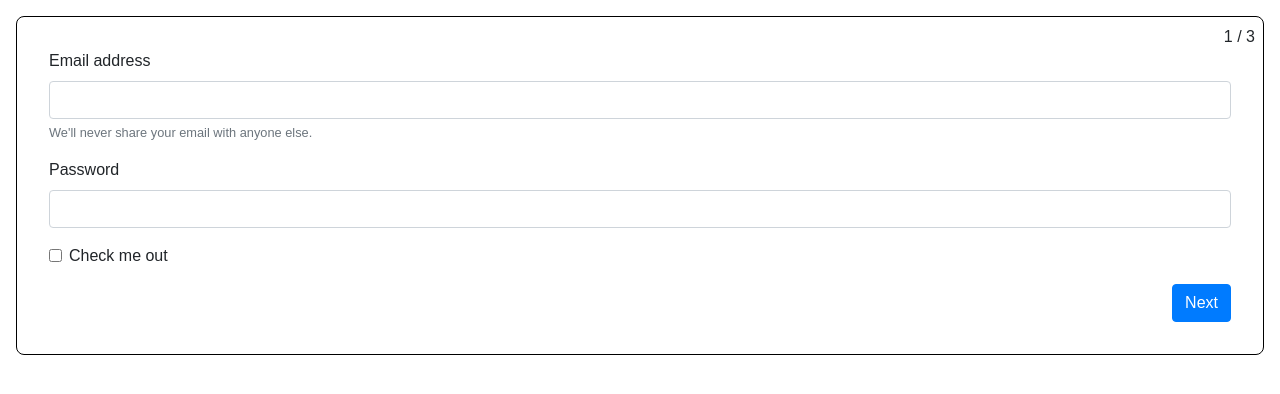
Repository: Aminox84/frontend-main
Page: /
An editor plug-in stored every save of this project. The page is shown before and after the next save, followed by the edit.
The browser window is 1280 px wide. The pictures show the whole page.
The project was rebuilt for these pictures with package versions that can differ from the ones it lists, and the page was loaded fresh each time. Also part of the build but not shown: src/AddressForm.tsx, src/AccountForm.tsx.

Above is the page before, as saved 2022-12-29 19:20:49.

### public/index.html
<!DOCTYPE html>
<html lang="en">
  <head>
    <meta charset="utf-8" />
    <link rel="icon" href="%PUBLIC_URL%/favicon.ico" />
    <meta name="viewport" content="width=device-width, initial-scale=1" />
    <meta name="theme-color" content="#000000" />
    <meta
      name="description"
      content="Web site created using create-react-app"
    />
    <link rel="apple-touch-icon" href="%PUBLIC_URL%/logo192.png" />

    <link rel="manifest" href="%PUBLIC_URL%/manifest.json" />
    <link rel="stylesheet" href="https://cdn.jsdelivr.net/npm/bootstrap@4.4.1/dist/css/bootstrap.min.css" integrity="sha384-Vkoo8x4CGsO3+Hhxv8T/Q5PaXtkKtu6ug5TOeNV6gBiFeWPGFN9MuhOf23Q9Ifjh" crossorigin="anonymous">

    <title>React App</title>
  </head>
  <body>
    <noscript>You need to enable JavaScript to run this app.</noscript>
    <div id="root"></div>
    <script src="https://code.jquery.com/jquery-3.4.1.slim.min.js" integrity="sha384-J6qa4849blE2+poT4WnyKhv5vZF5SrPo0iEjwBvKU7imGFAV0wwj1yYfoRSJoZ+n" crossorigin="anonymous"></script>
    <script src="https://cdn.jsdelivr.net/npm/popper.js@1.16.0/dist/umd/popper.min.js" integrity="sha384-Q6E9RHvbIyZFJoft+2mJbHaEWldlvI9IOYy5n3zV9zzTtmI3UksdQRVvoxMfooAo" crossorigin="anonymous"></script>
    <script src="https://cdn.jsdelivr.net/npm/bootstrap@4.4.1/dist/js/bootstrap.min.js" integrity="sha384-wfSDF2E50Y2D1uUdj0O3uMBJnjuUD4Ih7YwaYd1iqfktj0Uod8GCExl3Og8ifwB6" crossorigin="anonymous"></script>
  </body>
</html>

### src/App.tsx
import React from 'react';
import { useMultistepForm } from './useMultistepForm';
import { AddressForm } from './AddressForm';
import { AccountForm } from './AccountForm';
import { UserForm } from './userForm';


function App() {


const {steps,currentStepIndex,step,isFirstStep,isLastStep,back,next} = useMultistepForm([<UserForm />,<AddressForm />,<AccountForm />])

  return (
    <div style={{position:"relative",background:"white",border:"1px solid  black",padding:"2rem",margin:"1rem",borderRadius:".5rem",fontFamily:"Arial"}}>
      <form>
       <div style={{position:"absolute",top:".5rem",right:".5rem"}}> {currentStepIndex + 1} / {steps.length}</div>
       {step}
       <div className='d-flex justify-content-end'>
       {!isFirstStep && <button className='btn btn-primary ml-2' type="button" onClick={back}>Back</button>}
       <button type="button" className='btn btn-primary ml-2' onClick={next}>{isLastStep ? "Finish" : "Next"}</button>
       </div>
      </form>
    </div>
  );
}

export default App;

### src/useMultistepForm.ts
import {ReactElement,useState} from 'react'



export function useMultistepForm(steps: ReactElement[]){

const [currentStepIndex, setCurrentStepIndex]=useState(0)

function next(){
setCurrentStepIndex(i=>{
    if ( i > steps.length-1) return i
    return i +1
})
}
function back(){
    setCurrentStepIndex(i=>{
        if ( i <= 0) return i
        return i -1
    })
}
function goTo(index:number){
    setCurrentStepIndex(index);
}





return {
    currentStepIndex,
    step: steps[currentStepIndex],
    steps,
    isFirstStep: currentStepIndex===0,
    isLastStep: currentStepIndex=== steps.length-1,
    goTo,
    next,
    back
}

}

### src/userForm.tsx
export function UserForm(){
    return (
        <>
        <form>
  <div className="form-group">
    <label htmlFor="exampleInputEmail1">Email address</label>
    <input type="email" className="form-control" id="exampleInputEmail1" aria-describedby="emailHelp" />
    <small id="emailHelp" className="form-text text-muted">We'll never share your email with anyone else.</small>
  </div>
  <div className="form-group">
    <label htmlFor="exampleInputPassword1">Password</label>
    <input type="password" className="form-control" id="exampleInputPassword1" />
  </div>
  <div className="form-group form-check">
    <input type="checkbox" className="form-check-input" id="exampleCheck1" />
    <label className="form-check-label" htmlFor="exampleCheck1">Check me out</label>
  </div>
</form>
        </>
    )
}

Loaded but not shown: src/index.tsx (common file)

After the next save:
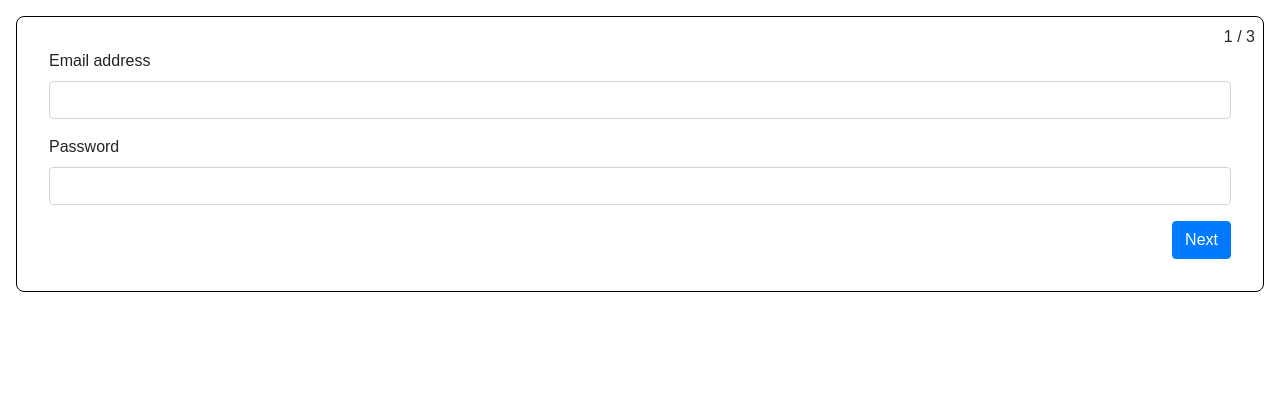
Saved 9 s later.
--- a/src/userForm.tsx
+++ b/src/userForm.tsx
@@ -5,16 +5,11 @@ export function UserForm(){
   <div className="form-group">
     <label htmlFor="exampleInputEmail1">Email address</label>
     <input type="email" className="form-control" id="exampleInputEmail1" aria-describedby="emailHelp" />
-    <small id="emailHelp" className="form-text text-muted">We'll never share your email with anyone else.</small>
   </div>
   <div className="form-group">
     <label htmlFor="exampleInputPassword1">Password</label>
     <input type="password" className="form-control" id="exampleInputPassword1" />
   </div>
-  <div className="form-group form-check">
-    <input type="checkbox" className="form-check-input" id="exampleCheck1" />
-    <label className="form-check-label" htmlFor="exampleCheck1">Check me out</label>
-  </div>
 </form>
         </>
     )
